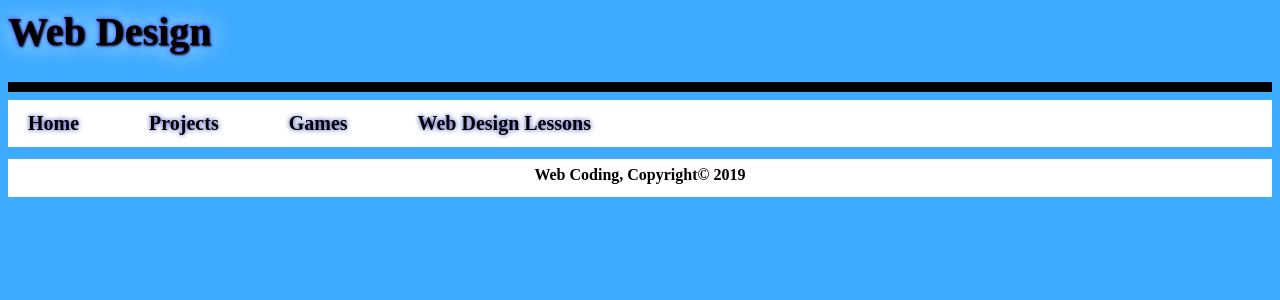
Repository: raidrn/raidrn.github.io
Page: web.html
The author's editor kept a record of every edit. The page is drawn from the files as they stood at one moment, then again after the next edit.
The browser window is 1280 px wide. The pictures show the whole page.

Above is the page before.

### web.html
<html>
<head>
        <title>Projects</title>
        <link rel="stylesheet" href="/styles/style.css">

        <link rel="stylesheet" type="text/css" href="style.css">

        <link rel="shortcut icon" href="https://codehs.com/uploads/91969211844749ea05a8364258afeb34">
        <!Comment "Website Favicon">
</head>

<body>

    <h1 style="color:#000000; font-size:250%;"><b>Web Design</b></h1>
    <hr class="thick">

    <header>
        <div>
            <nav><!Comment "The Navigation Bar">
                <ul>

                    <li><a href="index.html">Home</a></li>
                    <li><a href="projects.html">Projects</a></li>
                    <li><a href="gamer.html">Games</a></li>
                    <li><a href="web.html">Web Design Lessons</a></li>

                </ul>
            </nav>
        </div>
    </header>

    <!Comment "Each Project With Boxes leading to repl.it.">

</body>

<footer>
    <div class="copyright">
        <nav>
                <p>Web Coding, Copyright© 2019</p>
        </nav>
    </div>
</footer>
</html>

### style.css
body{
    background-color:#3dabff;
}

h1{
     text-shadow: 1px 1px 2px black, 0 0 25px white, 0 0 5px blue;
}

a{
      text-decoration:none;
    }

.thick{
    border:5px solid black;
}

nav li{
    display:inline-block;
    float:left;
    color:#000000;
    padding:12px 20px;
    padding-right:50px;
}
nav a{
    font-size:20px;
    color:#000000;
    font-family:cursive;
    font-weight:bold;
    text-shadow:0 0 5px #2732ab;
}
nav ul{
    padding-left:30;
    margin:0;
    padding:0;
    overflow:hidden;
    list-style-type:none;
    background-color:white;
}

li:hover{
      background-color:#1c60e8;
      font-weight:bold;
}
li:active{
    color:#000000; text-decoration:underline;
}

.turon{
    color:#071ae8;
}

.project {
    background-color: #80b9ff;
	font-size:100%;
	padding: 1%;
	width: 250px;
	height: 270px;
	float: left;
	border-radius: 10px;
    margin-right:4.8%;
	margin-top:1%;
	margin-bottom:1%;

}
.project a{
    color:#3b55eb;
    text-decoration:none;
    font-weight:bold;
    font-family:cursive;
}
.project img{
    width:85%;
}

.project a:hover{
    font-size:120%;
}

.gamer{
    background-color: #80b9ff;
	font-size:100%;
	padding: 1%;
	width: 250px;
	height: 270px;
	float: left;
	border-radius: 10px;
    margin-right:4.8%;
	margin-top:1%;
	margin-bottom:1%;
}

.gamer a{
    color:black;
    text-decoration:none;
    font-weight:bold;
    font-family:cursive;
}
.gamer img{
    width:100%;
    margin-bottom:1%;
}

.gamer a:hover{
    font-size:120%;
    color:#002cf2;
}
.copyright p{
    background-color: white;
	font-size:100%;
	padding:.5%;
	width: 98.99%;
	height: 25px;
	float: left;
	margin-top:1%;
    text-align:center;
    font-weight:bold;
}
.webless{
    background-color: #3dabff;
	font-size:100%;
	padding: 1%;
	width: 250px;
	height: 270px;
	float: left;
	border-radius: 10px;
    margin-right:4.8%;
	margin-top:1%;
	margin-bottom:1%;
}

.webless a{
    color:#000000;
    text-decoration:none;
    font-weight:bold;
    font-family:cursive;
}

.webless img{
    width:85%;
}

.webless a:hover{
    width:120%;
}

After the next edit:
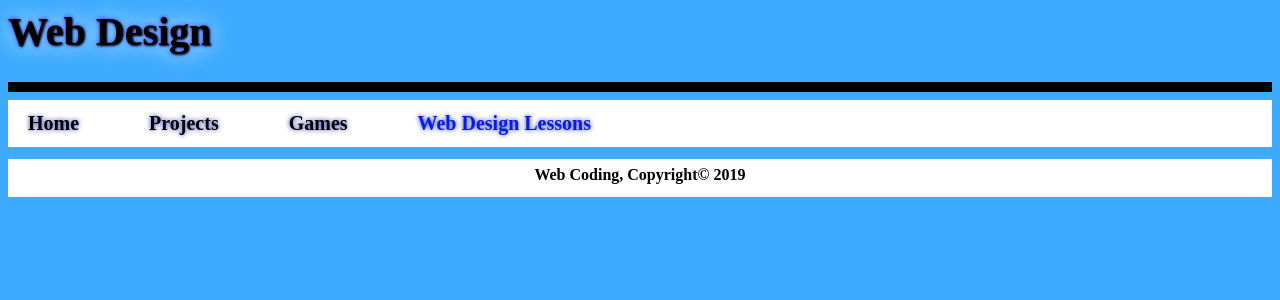
The edit:
--- a/web.html
+++ b/web.html
@@ -22,7 +22,7 @@
                     <li><a href="index.html">Home</a></li>
                     <li><a href="projects.html">Projects</a></li>
                     <li><a href="gamer.html">Games</a></li>
-                    <li><a href="web.html">Web Design Lessons</a></li>
+                    <li><a class="turon" href="web.html">Web Design Lessons</a></li>
 
                 </ul>
             </nav>
